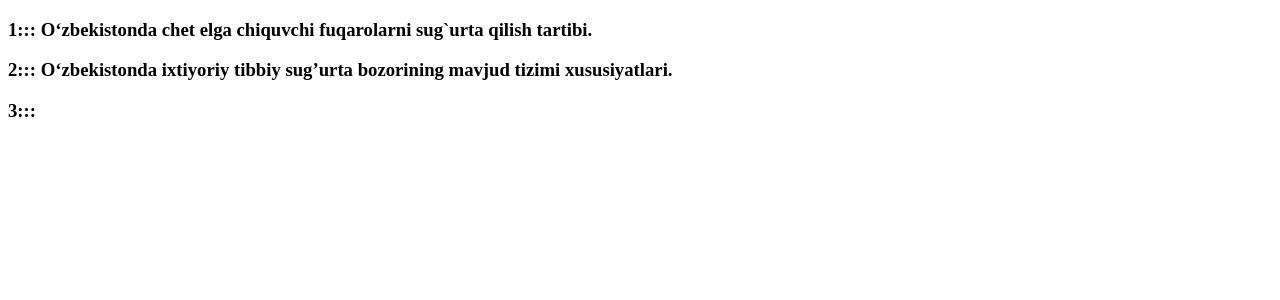
Repository: Ikromkhurozov/exam-inst
Page: index.html
These files come from the project's save history. The page is drawn as it stood at one moment and after the next save; the edit follows.
The browser window is 1280 px wide. The pictures show the whole page.

Above is the page before, as saved 2023-05-21 14:40:33.

After the next save:
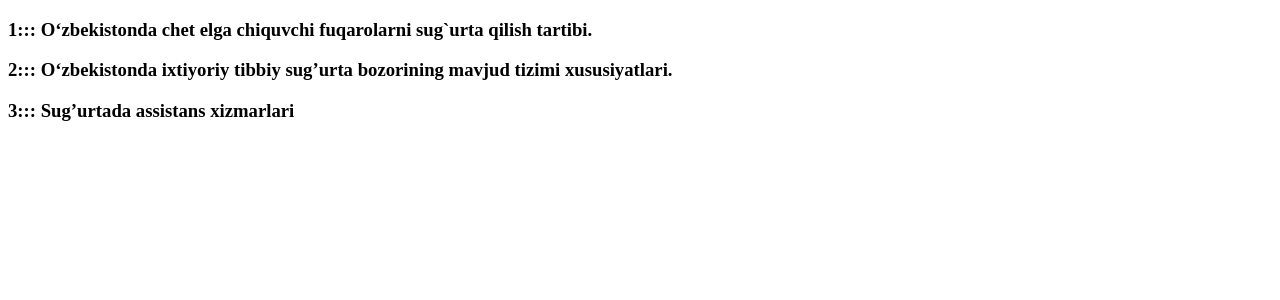
Saved 14 s later.
--- a/index.html
+++ b/index.html
@@ -9,6 +9,6 @@
 <body>
     <h3>1::: O‘zbekistonda chet elga chiquvchi fuqarolarni sug`urta qilish tartibi.</h3>
     <h3>2::: O‘zbekistonda ixtiyoriy tibbiy sugʼurta bozorining mavjud tizimi xususiyatlari.</h3>
-    <h3>3::: </h3>
+    <h3>3::: Sug’urtada assistans xizmarlari</h3>
 </body>
 </html>
